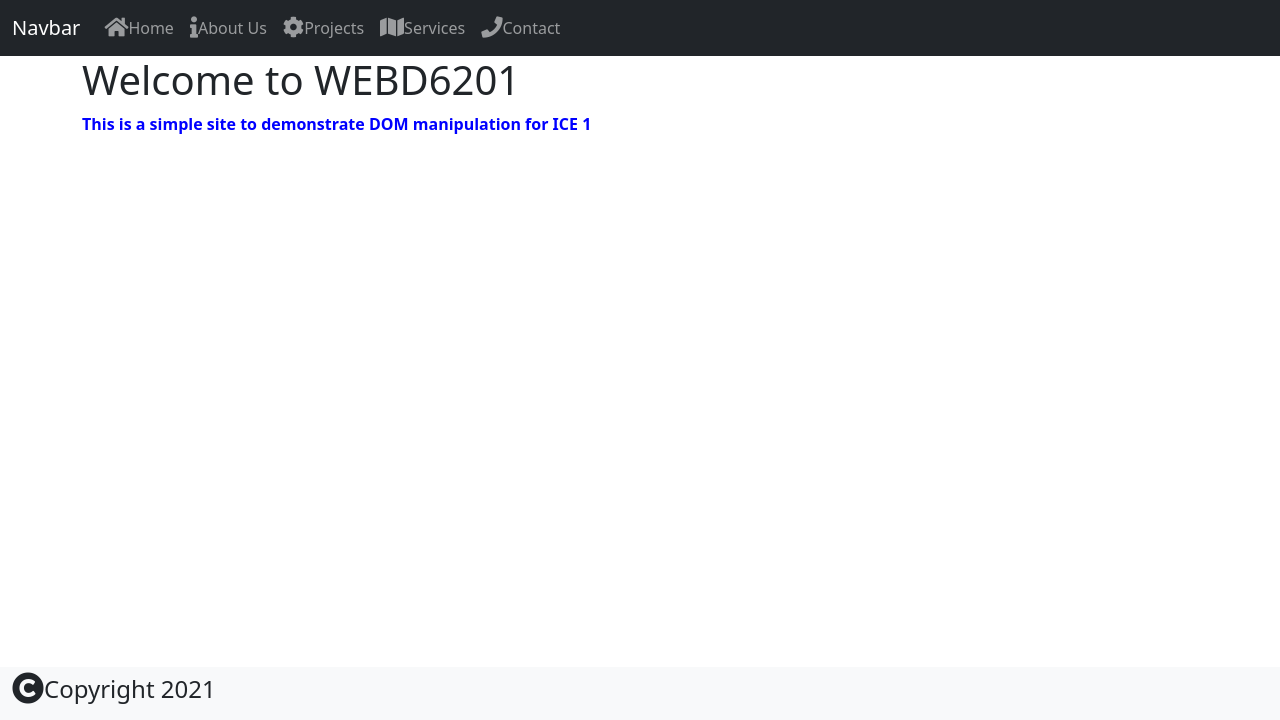
Repository: deividwsantoss/webd6201-W2021-ICE1
Page: Index.html
The author's editor kept a copy of each file at every save. The page is drawn from the files as they stood at one save, then again after the next save.
The browser window is 1280 px wide. The pictures show the whole page.

Above is the page before, as saved 2021-02-02 10:46:48.

After the next save:
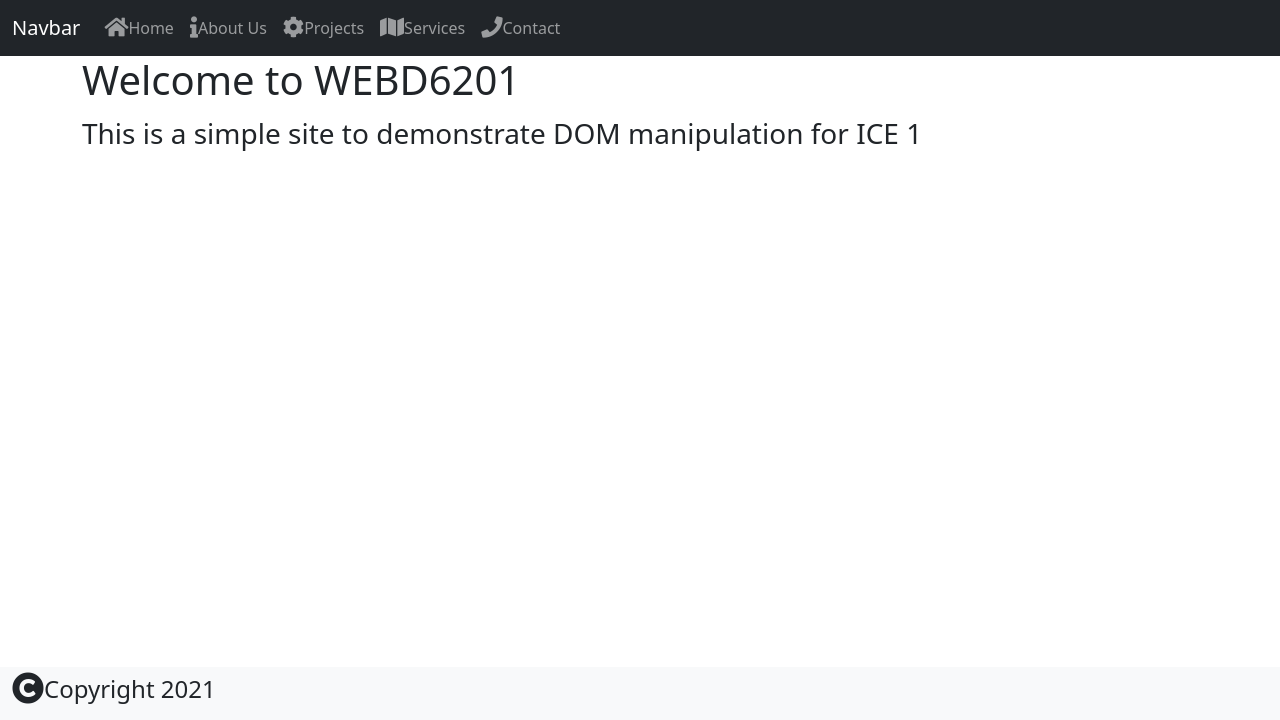
Saved 2 min 7 s later.
--- a/Scripts/app.js
+++ b/Scripts/app.js
@@ -22,7 +22,7 @@
         //let paragraphOneQuerys = document.querySelectorAll("p")[0];
 
         paragraphOneElement.textContent = paragraphOneText;
-        paragraphOneElement.style = "color: blue; font-weight: bold;"
+        paragraphOneElement.className = "fs-3";
 
 
     }
